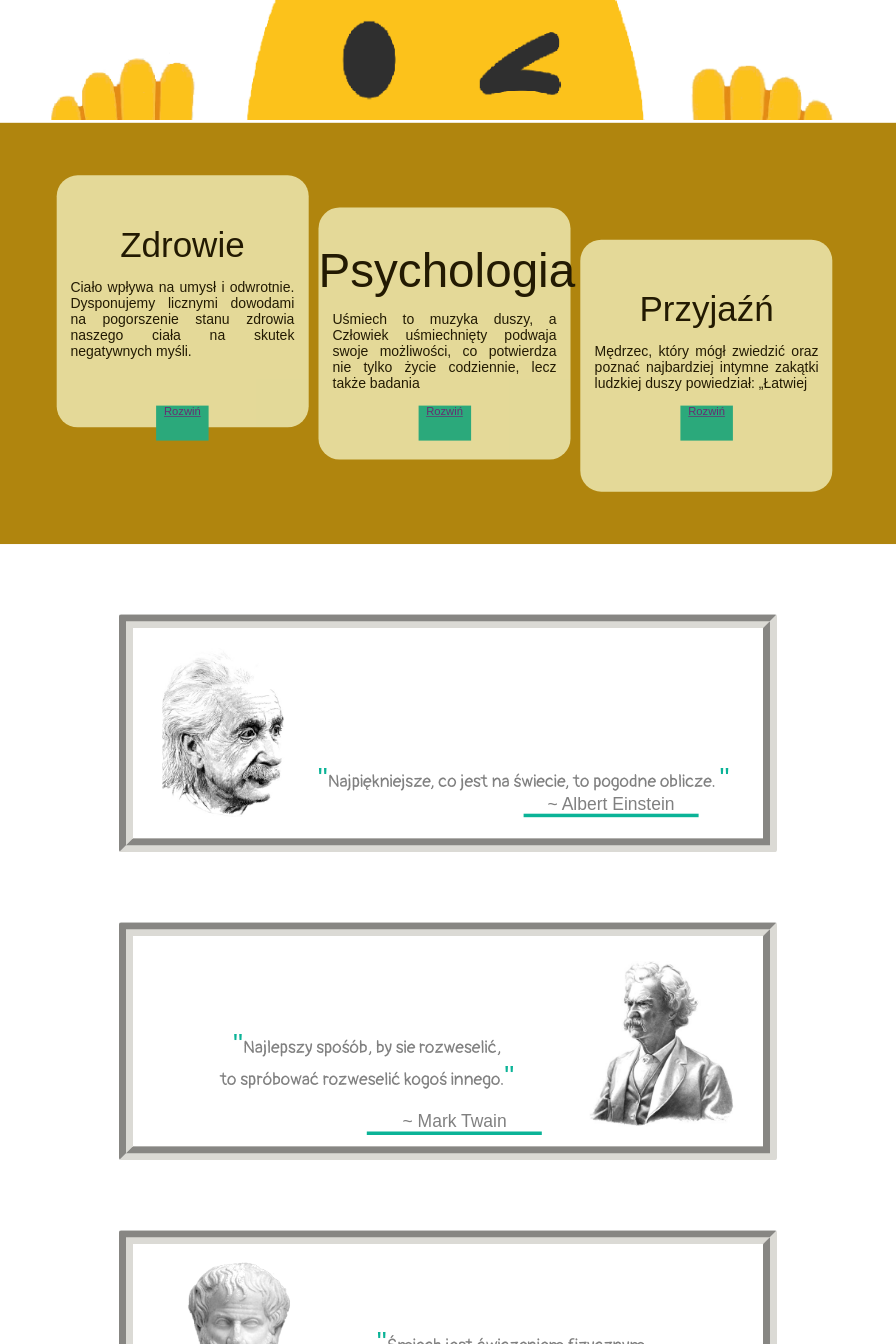
Repository: addstaw/moja-strona
Page: index.html
An editor plug-in stored every save of this project. The page is shown before and after the next save, followed by the edit.
The browser window is 1280 px wide. The pictures show the part of the page from y = 549 to 2469 px (the page is 3876 px tall before and 3830 px after), at 70% of full size.
Some web fonts or font styles are not loaded; a fallback is used.

Above is the page before, as saved 2020-05-21 21:41:02.

### index.html
<!DOCTYPE html>
<html lang="pl">
    <head>
        <meta charset="utf-8"/>
        <title> Cheer Up</title>
        <link rel="shortcut icon" href="png/logo1.png" type="image/x-icon" />
        <meta name="description" content="Uśmiech to coś więcej niż prosty wyraz emocji. To nasza dusza wypuszczona na zewnątrz."/>
        <meta name="keywords" content="uśmiech, szczęście"/>
        <meta http-equiv="X-UA-Compatible" content="IE=edge, chrome=1"/>
        <link rel="stylesheet" href="css/style8.css" type="text/css"/>
        <link href="https://fonts.googleapis.com/css2?family=Ceviche+One&display=swap" rel="stylesheet">
        <link href="https://fonts.googleapis.com/css2?family=Pangolin&display=swap" rel="stylesheet">
    <body>
        <div id="maincontainer">
            <herder>
                <div id="header">
                    <nav>
                        <span><img id="logo" src="png/header.png" width=360" height="90"/></span>
                    </nav>
                </div>
            </header>

            <div id="pause">

            </div>
            <section>
                <img id="emoticon" src="png/page4.png" width=100%" />
            </section>
        </div>
    <article>
            <div class="content">
                <div id="container">
                    <div id="introduce">
                        <header><div class="headerIntroduce">Zdrowie</div></header>
                        <article><div class="contentIntroduce">
                            Ciało wpływa na umysł i odwrotnie. Dysponujemy licznymi dowodami na pogorszenie stanu zdrowia naszego ciała na skutek negatywnych myśli. <br> <br> <br>
                        </div>
                        <a href=""> <div class="button">Rozwiń</div></a>
                    </article>
                    </div>
                    <div id="introduce">
                        <header><div class="headerIntroduce" id="mainHeaderIntroduce">Psychologia</div></header>
                        <article><div class="contentIntroduce">
                            Uśmiech to muzyka duszy, a Człowiek uśmiechnięty podwaja swoje możliwości, co potwierdza nie tylko życie codziennie,
                             lecz także badania
                        </div>
                        <a href=""> <div class="button">Rozwiń</div></a>
                    </article>
                    </div>
                    <div id="introduce">
                        <header><div class="headerIntroduce">Przyjaźń</div></header>
                        <article><div class="contentIntroduce">
                            Mędrzec, który mógł zwiedzić oraz poznać najbardziej intymne zakątki ludzkiej duszy powiedział:
                             „Łatwiej
                        </div>
                      <a href=""> <div class="button">Rozwiń</div></a>
                    </article>
                    </div>
                </div>
            </div>
    </article>
    <section>
        <div id="white">
            <article>
                <section>
                    <div class="quoteElement">
                        <img src="png/unnamed.jpg" height="90%" class="statue"/>
                        <div class="quote">
                            <div class="quotationaMarks">"</div>Najpiękniejsze, co jest na świecie, to pogodne oblicze. <div class="quotationaMarks">"</div><br/>
                              <div class="name">~ Albert Einstein</div> <br/> <br/> </div></div>
                </section>
                <section>
                    <div class="quoteElement">
                       <div class="quote">
                            <div class="quotationaMarks">"</div>Najlepszy spośób, by sie rozweselić,<br/>to spróbować rozweselić kogoś innego.<div class="quotationaMarks">"</div> <br/>
                            <div class="name"><br/> ~ Mark Twain </div><br/> <br/> </div>
                        <img src="png/mark-twain-png-samuel-clemens-400.png" height="85%" class="statue"/></div>
                </section>
                <section>
                    <div class="quoteElement">
                        <img src="png/arystoteles.png" height="80%" class="statue"/>
                      <div class="quote"><div class="quotationaMarks">"</div>Śmiech jest ćwiczeniem fizycznym<br/> wielce dla zdrowia korzystnym.<div class="quotationaMarks">"</div> <br/>
                      <div class="name"><br/>~ Arystoteles</div> <br/> <br/> </div></div>
                </section>
                <section>
                    <div class="quoteElement">
                       <div class="quote"><div class="quotationaMarks">"</div>Ludzie są na tyle szczęśliwi na ile sobie pozwolą.<div class="quotationaMarks">"</div> <br/>
                       <div class="name" :last-child><br/>~ Abraham Lincoln</div> <br/> <br/> </div>
                        <img src="png/lincoln2.png" height="80%" class="statue"/></div>
                </section>
            </article>
        </div>
    </section>
    <footer>
        <div id="footer">
            Pozdrawiam i życzę miłego dnia
        </div>
    </footer>
    </body>
</html>

### css/style8.css
*{
    margin: 0px;
    font-family: sans-serif;
}
/*maincontaine*/
    #maincontainer{
        text-align: center;
    }
    #header{
        margin-right: 1500px;
    }
    #pause{
        /*height: calc(103vh - 80vw); first version*/
        height: calc(100vh - 110px - 100vw * (536/1919));
    }
    #logo{
        border-radius: 75px;
        border: 3px solid #0bb397;
        margin-left: 30px;
        margin-top: 10px;
        position: relative;

    }
/*Introduce*/
    .content{
        background-color: #b0850e;
        width: 100%;
        text-align: center;
        padding: 25px 0;
    }
        .headerIntroduce{
            font-size: 50px;
            margin-top: 50px;
            margin-bottom: 20px;
            padding-top: 20px;
        }
            #mainHeaderIntroduce{
                font-size: 68px;
                padding-top: 0;
             }
        .contentIntroduce{
            font-size: 20px;
            text-align: justify;
            padding: 0 20px ;
        }

    #introduce{
        width: 50vh;
        height: 50vh;
        background-color: #f1efbb;
        margin-top: 50px;
        margin-bottom: 50px;
        margin-right: 10px;
        display: inline-block;
        border-radius: 30px;
        opacity: 80%;
    }
    #introduce:hover{
        width: calc(50vh - 10px);
        height: calc(50vh - 10px);
        background-color: #f1efbb;/*#e3e0a6;*/
        margin-top: 45px;
        margin-bottom: 45px;
        margin-right: 10px;
        display: inline-block;
        border-radius: 30px;
        border: solid 5px #0bb397;
        opacity: 100%;
        transition: 0.25s;
    }
    .button{
        text-decoration: none;
        margin-top: 20px;
        width: 75px;
        height: 50px;
        background-color: #0bb397;
        margin-left: auto;
        margin-right: auto;
    }
/* Quotes */
#white{
    background-color: #fff;
    text-align: center;
    padding: 50px 0;
}
    .quoteElement{
        width: 900px;
        height: 300px;
        background-color: #fff;
        margin: 50px 0;
        display: inline-block;
        border: 20px groove #dbdad5;
        border-radius: 3px;
    }
        .quote{
            font-family: 'Pangolin', cursive;
            color: gray;
            font-size: 25px;
            width: 600px;
            margin-bottom: 100px;
            word-wrap: break-word;
            display: inline-block;
        }
            .name{
                border-bottom: 5px solid #0bb397;
                width: 250px;
                float: right;
                margin-right: 50px;
            }
            .quotationaMarks{
                clear: both;
                display: inline-block;
                color: #0bb397;
                font-size: 40px;
            }
        .statue{
            padding-top: 20px;
        }
#footer{
    height: 500px;
    background-color: #0bb397;
    font-size: 100px;
    padding-top: 190px;
    color: #fff;
    text-align: center;

}

After the next save:
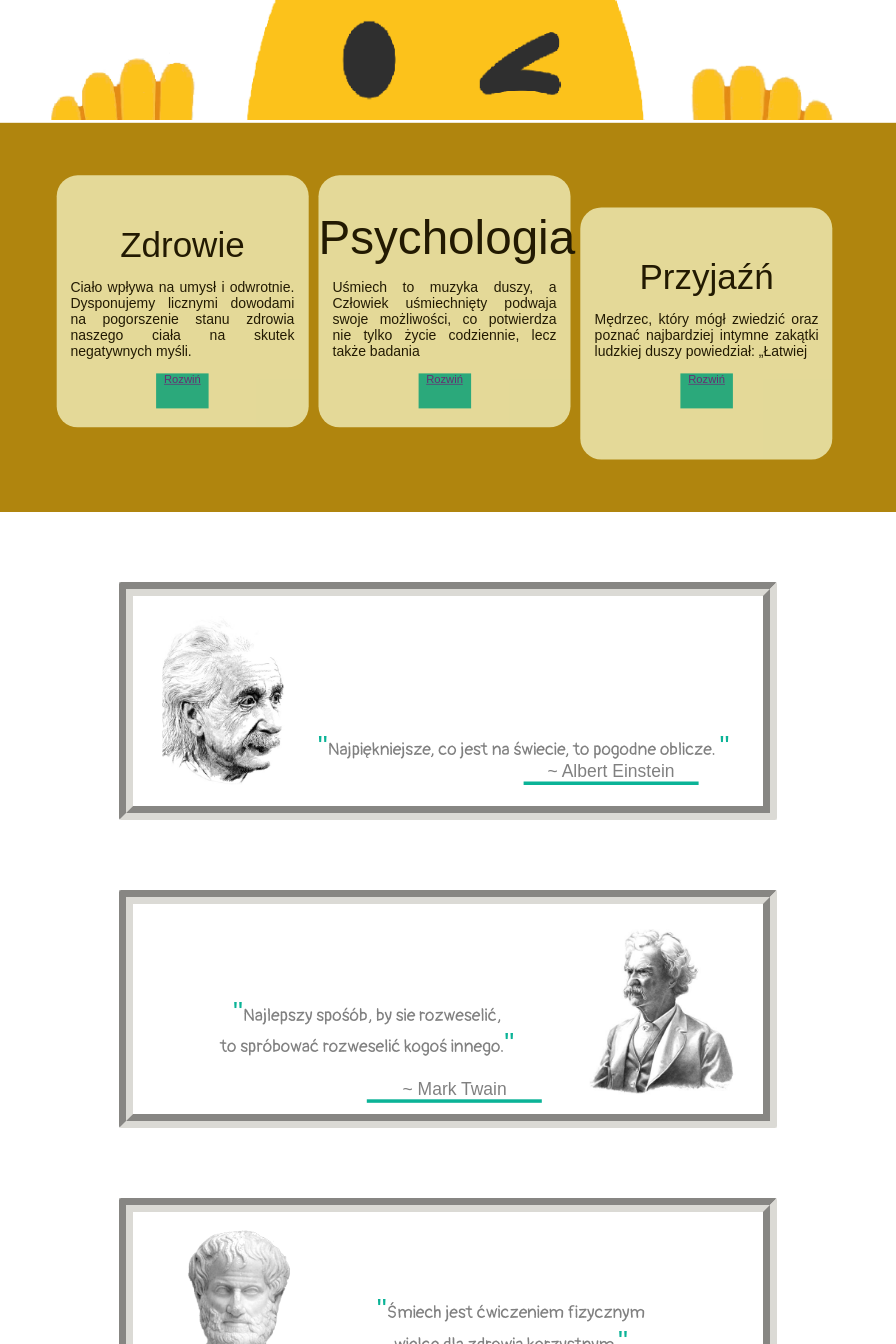
Saved 13 s later.
--- a/index.html
+++ b/index.html
@@ -33,7 +33,7 @@
                     <div id="introduce">
                         <header><div class="headerIntroduce">Zdrowie</div></header>
                         <article><div class="contentIntroduce">
-                            Ciało wpływa na umysł i odwrotnie. Dysponujemy licznymi dowodami na pogorszenie stanu zdrowia naszego ciała na skutek negatywnych myśli. <br> <br> <br>
+                            Ciało wpływa na umysł i odwrotnie. Dysponujemy licznymi dowodami na pogorszenie stanu zdrowia naszego ciała na skutek negatywnych myśli.
                         </div>
                         <a href=""> <div class="button">Rozwiń</div></a>
                     </article>
